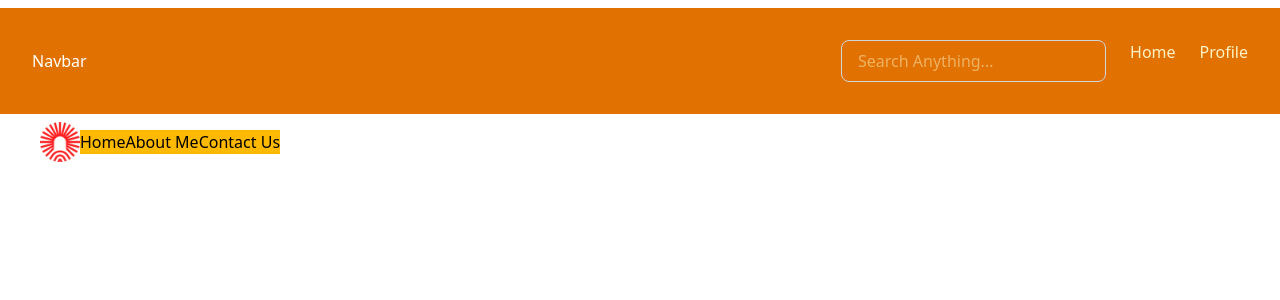
Repository: samit2059/CollegeReact
Page: / (app in react/collegereact/)
These files come from the project's save history. The page is drawn as it stood at one moment and after the next save; the edit follows.
The browser window is 1280 px wide. The pictures show the whole page.
The project was rebuilt for these pictures with package versions that can differ from the ones it lists, and the page was loaded fresh each time. Also part of the build but not shown: react/collegereact/vite.config.js, react/collegereact/src/App.jsx, react/collegereact/src/navbar.jsx, react/collegereact/src/Props Example/First.jsx, react/collegereact/src/StateExamples/profile.jsx, react/collegereact/src/Props Example/Second.jsx.

Above is the page before, as saved 2026-01-24 22:00:01.

After the next save:
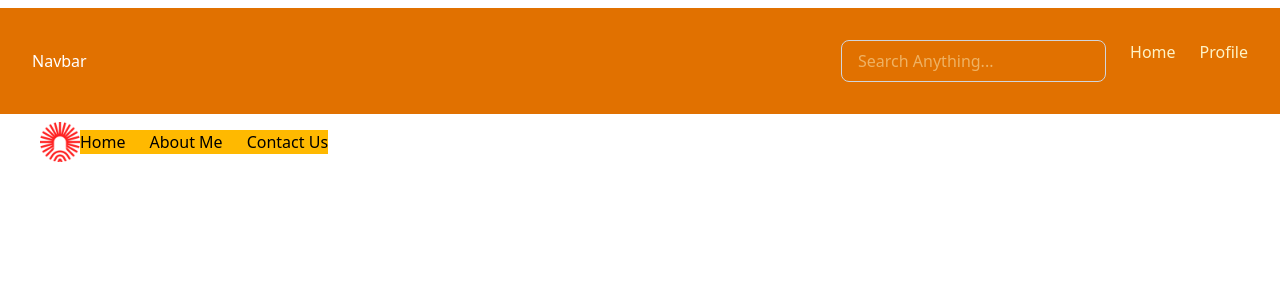
Saved 26 s later.
--- a/react/collegereact/src/day4/header.jsx
+++ b/react/collegereact/src/day4/header.jsx
@@ -7,7 +7,7 @@ const Header = () => {
         <div>
             <img src={Logo} alt="nothing" width={40} height={40}/>
         </div>
-        <div className='flex justify-center bg-amber-400'>
+        <div className='flex gap-6  bg-amber-400'>
             {/* <nav> */}
             <a href="#">Home</a>
             <a href="/a">About Me</a>
